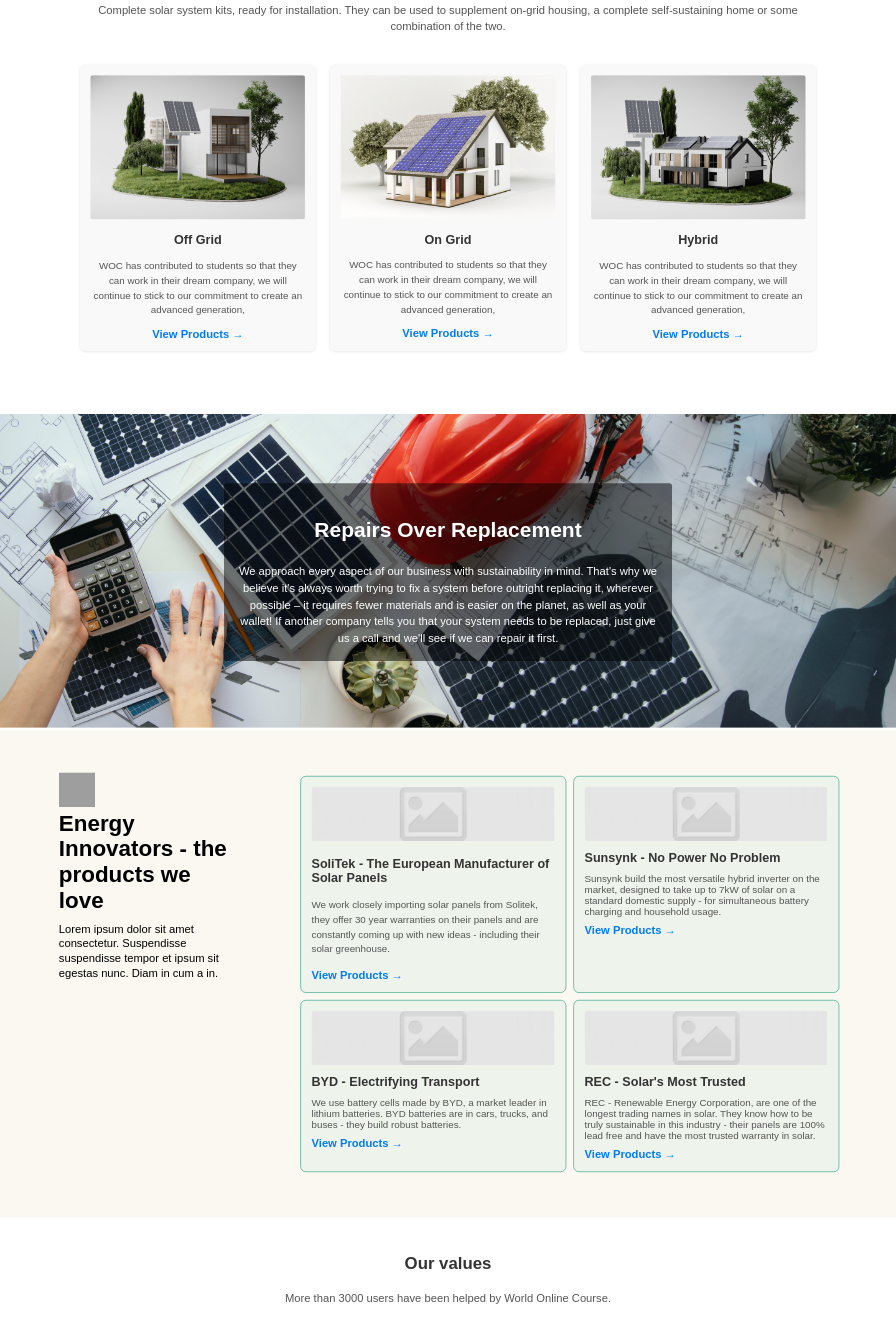
Repository: MaramNabil872/Landing-Page
Page: landingPage.html
These files come from the project's save history. The page is drawn as it stood at one moment and after the next save; the edit follows.
The browser window is 1280 px wide. The pictures show the part of the page from y = 2018 to 3918 px (the page is 4222 px tall before and 4376 px after), at 70% of full size.
Pictures or frames that could not be fetched are drawn as grey boxes. A picture or video elsewhere on the page could not be fetched, so the positions and the page height are approximate.

Above is the page before, as saved 2024-10-21 18:27:12.

### landingPage.html
<!DOCTYPE html>
<html lang="en">
    <head>
        <meta charset="UTF-8" />
        <meta name="viewport" content="width=device-width, initial-scale=1.0" />
        <title>Landing Page</title>
        <link rel="stylesheet" href="landingPage.css" />
    </head>
    <body>
        <nav class="navbar">
            <div class="logo">MyLogo</div>

            <ul class="nav-links">
                <li><a href="#home">Home</a></li>
                <li><a href="#about">About</a></li>
                <li><a href="#services">Services</a></li>
                <li><a href="#contact">Contact</a></li>
            </ul>
            <div class="call">
                <p>call us</p>
                <h3>+2 01017345</h3>
            </div>
        </nav>

        <div class="image-container">
            <img
                src="images/solar-panels-meadow 1.png"
                alt="Background Image"
                class="background-image"
            />
            <div class="main-text">
                <h2 class="text-wallpaper">
                    Solar Panel Installers <br />
                    In Plymouth
                </h2>
                <br />
                <p class="text-paragraph">
                    Fueled is an award-winning technology consultancy that
                    transforms <br />
                    businesses by generating ideas, building products, and
                    accelerating<br />
                    growth.
                </p>
                <div class="button-container">
                    <button class="button-wallpaper1">Call Us Today</button>
                    <button class="button-wallpaper2">
                        Requst a call back
                    </button>
                </div>
            </div>
        </div>

        <!-- first container -->

        <div class="container1">
            <div class="text-container1">
                <p class="title-container1">
                    The Friendliest Installers <br />in the South-West
                </p>
                <p class="paragraph-container1">
                    At Solidarity Solar our aims are to help our customers
                    towards a sustainable future and genuinely care about the
                    quality of products we use for our installs. We never sell
                    you equipment you don't need and will always advise to the
                    best of our ability, No hard sell or pushy sales tactics
                    ever. We take pride in our work and do our best to make sure
                    that we meet, or exceed, our customers' expectations.
                </p>
                <div class="last-container1">
                    <p>
                        <span class="number-container1">01/ </span>Collaborate
                        with 100+ leading
                    </p>
                    <p>
                        <span class="number-container1">02/ </span> 100+ leading
                        universities and companies
                    </p>
                    <p>
                        <span class="number-container1">03/ </span> leading
                        universities and companies
                    </p>
                    <p>
                        <span class="number-container1">04/ </span> universities
                        and companies
                    </p>
                </div>
            </div>
            <div class="image-container1">
                <img src="images/Rectangle 30.png" alt="solar" />
            </div>
        </div>

        <!-- second section -->

        <div class="section2">
            <img src="images/middle.png" alt="img" />
            <div class="main-text">
                <h2 class="section2-text">Power that Doesn't Cost the Earth</h2>
                <h6 class="section2-paragraph">
                    If you need advice then give us a call on 07745593882 or hit
                    the <br />
                    button below to request a call back!
                </h6>
                <button class="button-wallpaper2">Call Us Today</button>
            </div>
        </div>

        <!-- third section -->

        <div class="white-container">
            <h2 class="title">Solar Kits</h2>
            <p class="text">
                Complete solar system kits, ready for installation. They can be
                used to supplement on-grid housing, a complete self-sustaining
                home or some combination of the two.
            </p>

            <div class="card-container">
                <div class="card">
                    <img src="images/1.png" alt="Image 2" class="card-image" />
                    <h3 class="card-title">Off Grid</h3>
                    <p class="card-text">
                        WOC has contributed to students so that they can work in
                        their dream company, we will continue to stick to our
                        commitment to create an advanced generation,
                    </p>
                    <a href="#" class="card-link">View Products →</a>
                </div>
                <div class="card">
                    <img
                        src="images/solar-panels-meadow 2 (1).png"
                        alt="Image 3"
                        class="card-image"
                    />
                    <h3 class="card-title">On Grid</h3>
                    <p class="card-text">
                        WOC has contributed to students so that they can work in
                        their dream company, we will continue to stick to our
                        commitment to create an advanced generation,
                    </p>
                    <a href="#" class="card-link">View Products →</a>
                </div>
                <div class="card">
                    <img
                        src="images/solar-panels-meadow 3.png"
                        alt="Image 1"
                        class="card-image"
                    />
                    <h3 class="card-title">Hybrid</h3>
                    <p class="card-text">
                        WOC has contributed to students so that they can work in
                        their dream company, we will continue to stick to our
                        commitment to create an advanced generation,
                    </p>
                    <a href="#" class="card-link">View Products →</a>
                </div>
            </div>
        </div>

        <!-- forth section -->

        <div class="forth-image">
            <img src="images/8116 1 (1).png" alt="Full Width Image" />
            <div class="overlay-text">
                <h2 class="overlay-title">Repairs Over Replacement</h2>
                <p class="overlay-paragraph">
                    We approach every aspect of our business with sustainability
                    in mind. That's why we believe it's always worth trying to
                    fix a system before outright replacing it, wherever possible
                    – it requires fewer materials and is easier on the planet,
                    as well as your wallet! If another company tells you that
                    your system needs to be replaced, just give us a call and
                    we'll see if we can repair it first.
                </p>
            </div>
        </div>

        <!-- fifth section -->

        <div class="forth">
            <div class="container4">
                <div class="text-section4">
                    <img
                        class="logoimg"
                        src="https://www.logoai.com/oss/icons/2021/10/27/l1eXTxm2w7TM6t9.png"
                    />
                    <h1>Energy Innovators - the products we love</h1>
                    <p class="paragraph-container1">
                        Lorem ipsum dolor sit amet consectetur. Suspendisse
                        suspendisse tempor et ipsum sit egestas nunc. Diam in
                        cum a in.
                    </p>
                </div>
                <div class="card-section4">
                    <div class="card4">
                        <img
                            src="images/image 9.png"
                            alt="Image 1"
                            class="card-image"
                        />
                        <h3 class="card-title">
                            SoliTek - The European Manufacturer of Solar Panels
                        </h3>
                        <p class="card-text">
                            We work closely importing solar panels from Solitek,
                            they offer 30 year warranties on their panels and
                            are constantly coming up with new ideas - including
                            their solar greenhouse.
                        </p>
                        <a href="#" class="card-link">View Products →</a>
                    </div>
                    <div class="card4">
                        <img
                            src="images/image 9.png"
                            alt="Image 2"
                            class="card-image4"
                        />
                        <h3 class="card-title4">
                            Sunsynk - No Power No Problem
                        </h3>
                        <p class="card-text4">
                            Sunsynk build the most versatile hybrid inverter on
                            the market, designed to take up to 7kW of solar on a
                            standard domestic supply - for simultaneous battery
                            charging and household usage.
                        </p>
                        <a href="#" class="card-link">View Products →</a>
                    </div>
                    <div class="card4">
                        <img
                            src="images/image 9.png"
                            alt="Image 3"
                            class="card-image4"
                        />
                        <h3 class="card-title4">
                            BYD - Electrifying Transport
                        </h3>
                        <p class="card-text4">
                            We use battery cells made by BYD, a market leader in
                            lithium batteries. BYD batteries are in cars,
                            trucks, and buses - they build robust batteries.
                        </p>
                        <a href="#" class="card-link">View Products →</a>
                    </div>
                    <div class="card4">
                        <img
                            src="images/image 9.png"
                            alt="Image 4"
                            class="card-image4"
                        />
                        <h3 class="card-title4">REC - Solar's Most Trusted</h3>
                        <p class="card-text4">
                            REC - Renewable Energy Corporation, are one of the
                            longest trading names in solar. They know how to be
                            truly sustainable in this industry - their panels
                            are 100% lead free and have the most trusted
                            warranty in solar.
                        </p>
                        <a href="#" class="card-link">View Products →</a>
                    </div>
                </div>
            </div>
        </div>

        <!-- fifth section -->

        <div class="white-container5">
            <h2 class="title5">Our values</h2>
            <p class="text">
                More than 3000 users have been helped by World Online Course.
            </p>

            <div class="card-container">
                <div class="card5">
                    <img
                        src="https://logos-world.net/wp-content/uploads/2023/07/Threads-Logo.png"
                        alt="Image 2"
                        class="card-image5"
                    />
                    <h3 class="card-title">Customer Care</h3>
                    <p class="card-text">
                        We're here to help you with solar panel installation in
                        Devon and Cornwall. If we were to sum ourselves up in a
                        few words, those would be "reliable, honest and
                        friendly." We find our customers agree! We're with you
                        from the start of the project to the finish.
                    </p>
                </div>
                <div class="card5">
                    <img
                        src="https://logos-world.net/wp-content/uploads/2023/07/Threads-Logo.png"
                        alt="Image 3"
                        class="card-image5"
                    />
                    <h3 class="card-title">Price</h3>
                    <p class="card-text">
                        As I'm sure you'll have seen, solar systems don't tend
                        to come cheap. Our aim is to make solar power accessible
                        to everyone, so we price ourselves in a way that makes
                        solar energy more affordable. We're focused on helping
                        you and on helping the environment, rather than on
                        turning a profit.
                    </p>
                </div>
                <div class="card5">
                    <img
                        src="https://logos-world.net/wp-content/uploads/2023/07/Threads-Logo.png"
                        alt="Image 1"
                        class="card-image5"
                    />
                    <h3 class="card-title">Sustainability</h3>
                    <p class="card-text">
                        As we've said, we do this because we truly care about
                        the planet and about seeing people embrace a greener,
                        more eco-friendly approach to power. The world of green
                        energy can be jargon-filled and opaque, so we want to
                        help educate people on the big and little things they
                        can do to protect our planet!
                    </p>
                </div>
            </div>
        </div>
    </body>
</html>

### landingPage.css
* {
    margin: 0;
    padding: 0;
    box-sizing: border-box; /* Added for consistent sizing */
}

body {
    font-family: Arial, sans-serif;
}
@media (max-width: 480px) {
    .text-overlay {
        font-size: 1.2rem; /* Even smaller text size for very small screens */
    }

    .call h3 {
        font-size: 1.2rem; /* Adjust call size for small screens */
    }
}
@media (max-width: 768px) {
    .navbar {
        flex-direction: column; /* Stack items vertically */
        align-items: flex-start; /* Align items to the left */
    }

    .nav-links {
        margin-top: 10px; /* Space between navbar and links */
    }

    .nav-links li {
        margin-left: 0;
        margin-bottom: 10px; /* Space between links */
    }

    .text-overlay {
        font-size: 1.5rem; /* Smaller text size for mobile */
    }
}


.navbar {
    background-color: #0b9586;
    display: flex;
    justify-content: space-between;
    align-items: center;
    padding: 10px 20px;
    position: relative;
    flex-wrap: wrap; /* Allow items to wrap on smaller screens */
}

.logo {
    color: #fff;
    font-size: 24px;
}

.nav-links {
    list-style: none;
    display: flex;
    flex-wrap: wrap; /* Allow links to wrap on smaller screens */
}

.nav-links li {
    margin-left: 20px;
}

.nav-links a {
    text-decoration: none;
    color: white;
    font-size: 18px;
    transition: color 0.3s;
}

.nav-links a:hover {
    color: #f0a500;
}

.call {
    color: #fff;
    text-align: right; /* Align text to the right */
}

.image-container {
    position: relative;
    width: 100%;
    height: 100vh;
    overflow: hidden;
}

.background-image {
    width: 100%;
    height: 100%;
    object-fit: cover;
}
.main-text{
    position: absolute;
    top: 40%;
    left:5%;
}
.text-wallpaper {


    color: white;
    font-size: 40px;
    font-weight: bold;
    text-shadow: 2px 2px 4px rgba(0, 0, 0, 0.5);
}
.text-paragraph{
    color: white;
    font-size:  18px;

}
.button-container{
    display: flex;
}
.button-wallpaper1 {
    background-color: #0b9586;
    color: white;
    border: none;
    border-radius: 20em;
    padding: 0.8em 1.5em 0.8em 1.2em;
    width: 40%;
    margin: 4%;
    height: 50px;
    font-size: 16px;
    cursor: pointer;
    align-items: center;

}
.button-wallpaper2 {
    background-color:  #FFBB1C;
    ;
    color: white;
    border: none;
    border-radius: 20em;
    padding: 0.8em 1.5em 0.8em 1.2em;
    width: 40%;
    margin: 4%;
    height: 50px;
    font-size: 16px;
    cursor: pointer;
    align-items: center;

}

.container1 {
    display: flex;
    background-color: white;
    padding-top: 10%;
    border-radius: 8px;
    max-width: 1200px;
    margin: 20px auto;


}
.title-container1{
    font-size: 37px;
    font-weight: bold;


}
.text-container1 {
   flex:1;
    padding-right:5%;
padding-left: 5%;}
.paragraph-container1{
    margin-top: 5%;
    line-height: 1.3;
}

.last-container1{
    font-size: 20px;
    font-weight: bold;
    padding-top: 10%;
    line-height: 1.6;
    .number-container1{
        color:#84BD3A;
        ;
    }
}
.image-container1 {
   flex:1
}

.image-container1 img {
    width: 75%;
    height: auto;
    border-radius: 8px;
}


.section2 {
    position: relative;
    width: 100%;
    overflow: hidden;
}

.section2 img {
    width: 100%;
    height: auto; }

.section2-text {
font-size: 35px;
    color: white;

}
.section2-paragraph{
    padding-top: 5%;
    line-height: 1.5;

    font-size: 16px;
    color: white;
}

/* third section */
.white-container {
    background-color: white;
    padding: 5%;
    max-width: 1200px;
    margin: 2% auto;
}

.title {
    margin-bottom: 2%;
    font-size: 24px;
    color: #333;
    text-align: center;

}

.text {
    margin-bottom: 2%;
    font-size: 16px;
    color: #555;
    line-height: 1.5;
    text-align: center;
}

.card-container {
    display: flex;
    justify-content: space-between;
    margin-top: 4%;
}

.card {
    background-color: #f9f9f9;
    border-radius: 8px;
    box-shadow: 0 1px 4px rgba(0, 0, 0, 0.1);
    padding: 15px;
    text-align: center;
    flex: 1;
    margin: 0 10px;
}

.card-image {
    width: 100%;
    height: auto;
    border-radius: 4px;
}

.card-title {
    font-size: 18px;
    color: #333;
    margin-top: 5%;

}

.card-text {
    font-size: 14px;
    color: #555;
    margin-top: 5%;
    margin-bottom: 5%;
    line-height: 1.5;

}

.card-link {
    text-decoration: none;
    color: #007bff;
    font-weight: bold;
}

.card-link:hover {
    text-decoration: underline;
}
@media (max-width: 768px) {
    .card-container {
        flex-direction: column;
    }

    .card {
        flex: 1 1 100%;
        max-width: 100%;
        margin: 10px 0;
    }
}

/* forth css */

.forth-image {
    position: relative;
    width: 100%;
    overflow: hidden;
}

.forth-image img {
    width: 100%;
    height: auto;
}

.overlay-text {
    position: absolute;
    top: 50%;
    left: 50%;
    transform: translate(-50%, -50%);
    color: white;
    text-align: center;
    padding: 20px;
    background-color: rgba(0, 0, 0, 0.5);
    border-radius: 4px;
}
.overlay-title{
    margin-top: 5%;
    margin-bottom: 5%;
    font-size: 30px;

}
.overlay-paragraph{
    margin-top: 4%;
    line-height: 1.5;
    font-size: 16px;

}

/* //forth section// */

.forth{
    background-color:#a8790b0d;
}
.container4 {
    display: flex;
    max-width: 1200px;
    margin-left: 5%;


}
.logoimg{
    height: 8%;
    width: 20%;
}
.text-section4 {
    flex: 0 0 25%;
    padding: 20px;
    padding-top: 5%;

}

.card-section4 {

    flex: 0 0 75%;
    display: flex;
    flex-wrap: wrap;
    justify-content: space-between;
    padding: 5%;
}

.card4 {

    background-color: #3cab8f10;
    border-radius: 8px;
   border: 1px solid #3CAB90;
    padding: 15px;

    flex: 0 0 calc(50% - 10px);
    margin: 5px;
}

.card-image4 {
    width: 100%;
    height: auto;
    border-radius: 4px;
}

.card-title4 {
    font-size: 18px;
    color: #333;
    margin: 10px 0;
}

.card-text4 {
    font-size: 14px;
    color: #555;
    margin: 10px 0;
}

.card-link4 {
    text-decoration: none;
    color: #007bff;
    font-weight: bold;
}

.card-link4:hover {
    text-decoration: underline;
}


@media (max-width: 768px) {
    .container4 {
        flex-direction: column;
    }

    .text-section4 {
        flex: 1 1 100%;
    }

    .card-section4 {
        flex: 1 1 100%;
        display: flex;
        flex-wrap: wrap;
    }

    .card4 {
        flex: 0 0 100%;
        margin: 10px 0;
    }
}
.white-container5{

}
padding: 4%;

.card5 {
    background-color: #f9f9f9;
    background-color: #3cab8f10;
    border-radius: 8px;
   border: 1px solid #3CAB90;
    padding: 15px;
    flex: 1;
    margin: 0 10px;
}
.card-image5{
    width: 25%;
    height: auto;
    border-radius: 4px;
}
.title5 {
    margin: 4%;
    margin-bottom: 2%;
    font-size: 24px;
    color: #333;
    text-align: center;

}

After the next save:
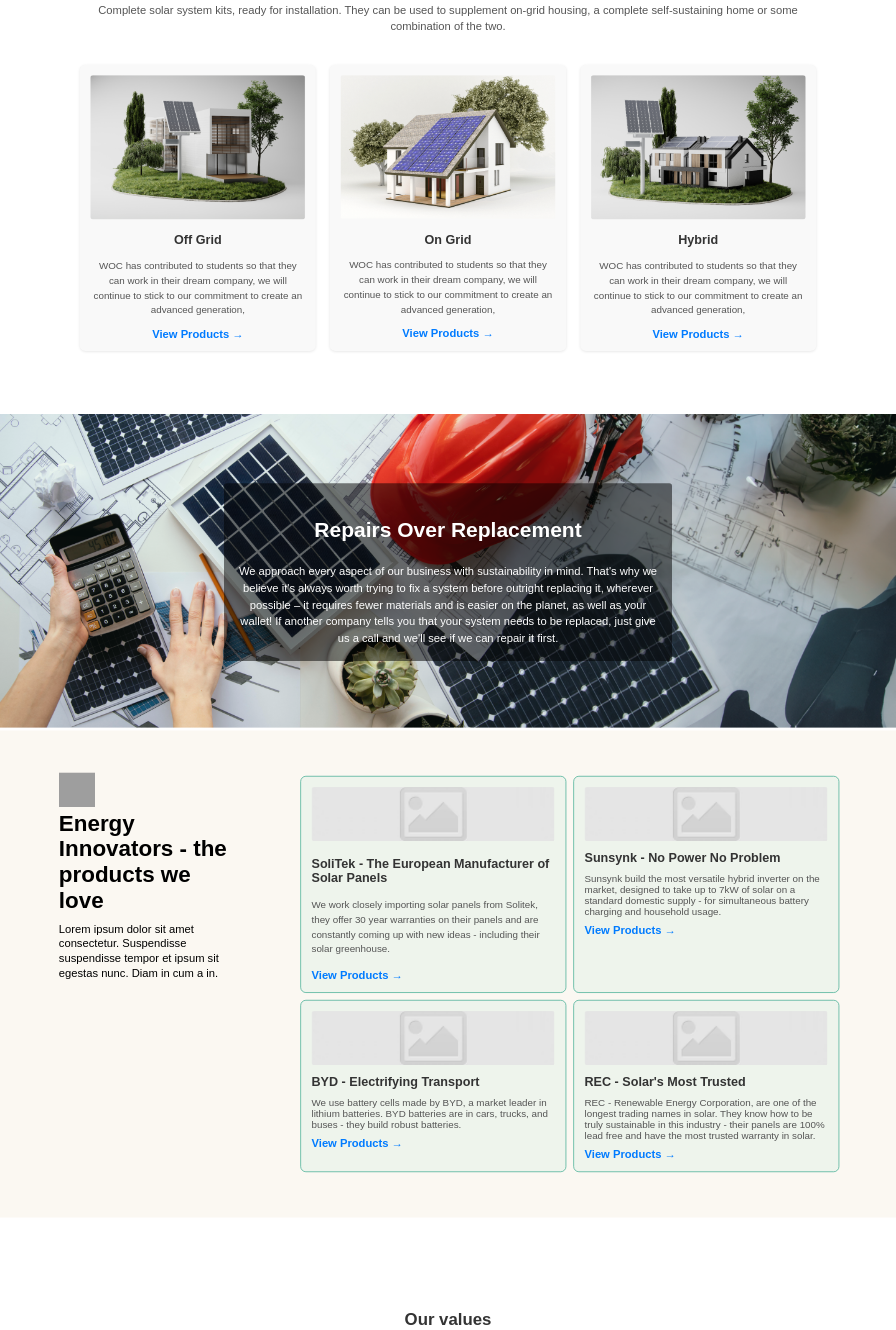
Saved 23 s later.
--- a/landingPage.html
+++ b/landingPage.html
@@ -264,7 +264,7 @@
 
         <!-- fifth section -->
 
-        <div class="white-container5">
+        <div class="white-container">
             <h2 class="title5">Our values</h2>
             <p class="text">
                 More than 3000 users have been helped by World Online Course.
